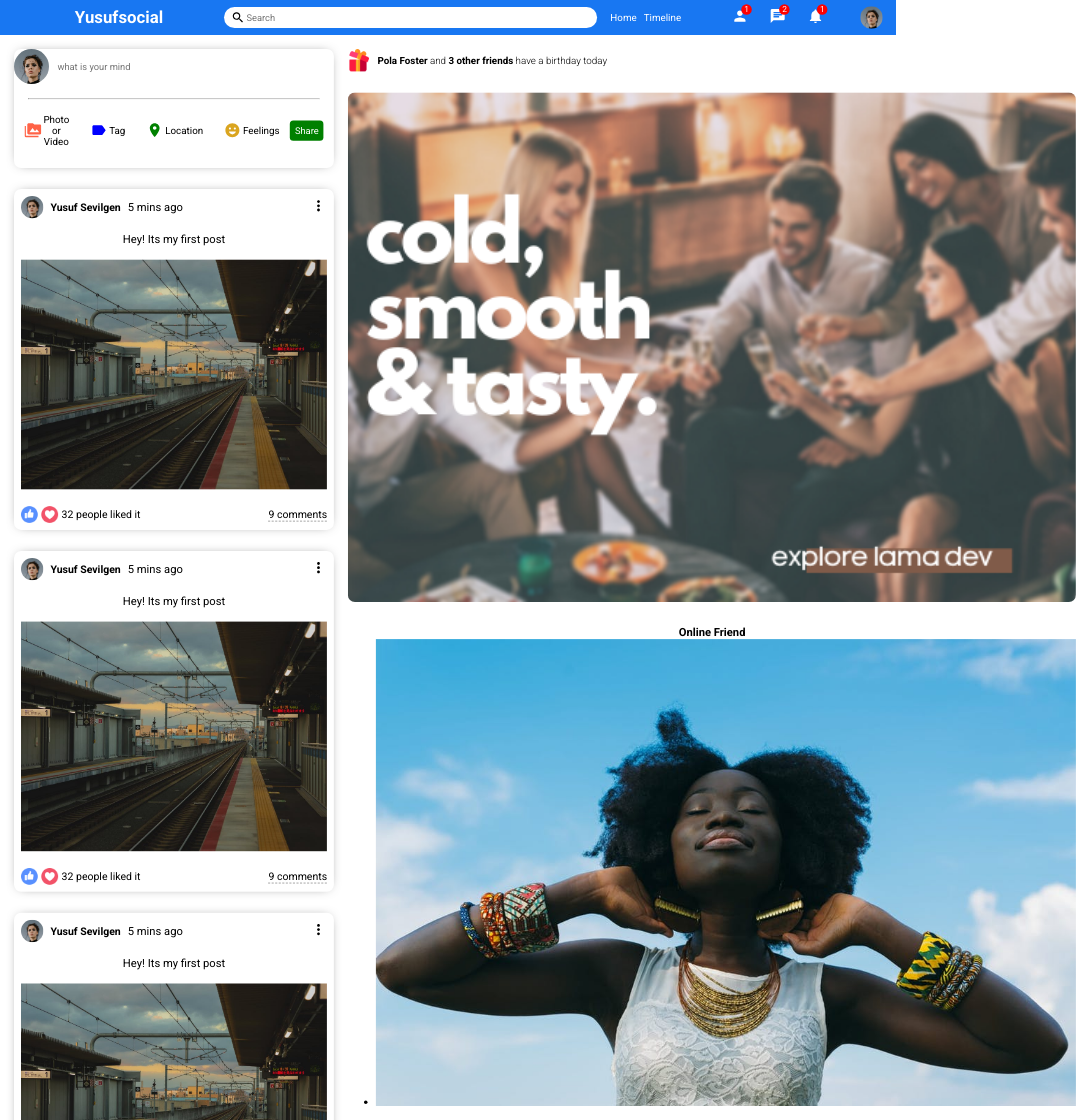
Repository: sevilgenysf/socialmediaapp
Page: /
An editor plug-in stored every save of this project. The page is shown before and after the next save, followed by the edit.
The browser window is 1280 px wide. The page is 1557 px wide, then 1517 px, so the pictures cover 1557 px, including what lies to the right of the window. The pictures show the part of the page from y = 0 to 1600 px (the page is 2875 px tall), at 70% of full size.
The project was rebuilt for these pictures with package versions that can differ from the ones it lists, and the page was loaded fresh each time.

Above is the page before, as saved 2022-02-17 11:41:50.

### public/index.html
<!DOCTYPE html>
<html lang="en">

<head>
	<meta charset="utf-8" />
	<meta name="viewport" content="width=device-width, initial-scale=1" />
	<meta name="description" content="Web site created using create-react-app" />
	<link href="https://fonts.googleapis.com/css2?family=Roboto:ital,wght@0,300;0,400;0,700;1,500&display=swap"
		rel="stylesheet">
	<link rel="stylesheet" href="style.css">
	<title>Social App</title>
</head>

<body>
	<noscript>You need to enable JavaScript to run this app.</noscript>
	<div id="root"></div>
</body>

</html>

### src/App.js
import React from 'react';
import Home from './pages/home/Home';
import './App.css';

function App() {
	return (
		<div className="App">
			<Home />
		</div>
	);
}

export default App;

### src/pages/home/Home.jsx
import React from 'react';
import Topbar from '../../components/topbar/Topbar';
import Sidebar from '../../components/sidebar/Sidebar';
import Feed from '../../components/feed/Feed';
import Rightbar from '../../components/rightbar/Rightbar';
import './home.css';

const Home = () => {
	return (
		<>
			<Topbar />
			<div className="homeContainer">
				<Sidebar />
				<Feed />
				<Rightbar />
			</div>
		</>
	);
};

export default Home;

### src/components/topbar/Topbar.jsx
import React from 'react';
import './topbar.css';
import { Search, Person, Chat, Notifications } from '@mui/icons-material';

const Topbar = () => {
	return (
		<div className="topbarContainer">
			<div className="topbarLeft">
				<span className="logo">Yusufsocial</span>
			</div>
			<div className="topbarCenter">
				<div className="searchbar">
					<Search className="searchIcon" />
					<input type="text" placeholder="Search" className="searchInput" />
				</div>
			</div>
			<div className="topbarRight">
				<div className="topbarLink">
					<span className="topbarLink">Home</span>
					<span className="topbarLink">Timeline</span>
				</div>
				<div className="topbarIcons">
					<div className="topbarIconItem">
						<Person />
						<span className="topbarIconBadge">1</span>
					</div>
					<div className="topbarIconItem">
						<Chat />
						<span className="topbarIconBadge">2</span>
					</div>
					<div className="topbarIconItem">
						<Notifications />
						<span className="topbarIconBadge">1</span>
					</div>
				</div>
				<img src="/assets/person/1.jpeg" alt="" className="topbarImg" />
			</div>
		</div>
	);
};

export default Topbar;

### src/components/sidebar/Sidebar.jsx
import React from 'react';
import './sidebar.css';
import {
	RssFeed,
	Chat,
	PlayCircleFilledOutlined,
	Group,
	Bookmark,
	HelpOutline,
	WorkOutline,
	Event,
	School
} from '@mui/icons-material';

const Sidebar = () => {
	return (
		<div className="sidebar">
			<div className="sidebarWrapper">
				<ul className="sidebarList">
					<li className="sidebarListItem">
						<RssFeed className="sidebarIcon" />
						<span className="sidebarListItemText">Feed</span>
					</li>
					<li className="sidebarListItem">
						<Chat className="sidebarIcon" />
						<span className="sidebarListItemText">Chats</span>
					</li>
					<li className="sidebarListItem">
						<PlayCircleFilledOutlined className="sidebarIcon" />
						<span className="sidebarListItemText">Videos</span>
					</li>
					<li className="sidebarListItem">
						<Group className="sidebarIcon" />
						<span className="sidebarListItemText">Groups</span>
					</li>
					<li className="sidebarListItem">
						<Bookmark className="sidebarIcon" />
						<span className="sidebarListItemText">Bookmarks</span>
					</li>
					<li className="sidebarListItem">
						<HelpOutline className="sidebarIcon" />
						<span className="sidebarListItemText">Questions</span>
					</li>
					<li className="sidebarListItem">
						<WorkOutline className="sidebarIcon" />
						<span className="sidebarListItemText">Jobs</span>
					</li>
					<li className="sidebarListItem">
						<Event className="sidebarIcon" />
						<span className="sidebarListItemText">Events</span>
					</li>
					<li className="sidebarListItem">
						<School className="sidebarIcon" />
						<span className="sidebarListItemText">Courses</span>
					</li>
				</ul>
				<button className="sidebarButton">Show More</button>
				<hr className="sidebarHr" />
				<ul className="sidebarFriendList">
					<li className="sidebarFriend">
						<img
							className="sidebarFriendImg"
							src="/assets/person/2.jpeg"
							alt=""
						/>
						<span className="sideBarFriendName">Jane Doe</span>
					</li>
					<li className="sidebarFriend">
						<img
							className="sidebarFriendImg"
							src="/assets/person/2.jpeg"
							alt=""
						/>
						<span className="sideBarFriendName">Jane Doe</span>
					</li>
					<li className="sidebarFriend">
						<img
							className="sidebarFriendImg"
							src="/assets/person/2.jpeg"
							alt=""
						/>
						<span className="sideBarFriendName">Jane Doe</span>
					</li>
					<li className="sidebarFriend">
						<img
							className="sidebarFriendImg"
							src="/assets/person/2.jpeg"
							alt=""
						/>
						<span className="sideBarFriendName">Jane Doe</span>
					</li>
					<li className="sidebarFriend">
						<img
							className="sidebarFriendImg"
							src="/assets/person/2.jpeg"
							alt=""
						/>
						<span className="sideBarFriendName">Jane Doe</span>
					</li>
					<li className="sidebarFriend">
						<img
							className="sidebarFriendImg"
							src="/assets/person/2.jpeg"
							alt=""
						/>
						<span className="sideBarFriendName">Jane Doe</span>
					</li>
					<li className="sidebarFriend">
						<img
							className="sidebarFriendImg"
							src="/assets/person/2.jpeg"
							alt=""
						/>
						<span className="sideBarFriendName">Jane Doe</span>
					</li>
					<li className="sidebarFriend">
						<img
							className="sidebarFriendImg"
							src="/assets/person/2.jpeg"
							alt=""
						/>
						<span className="sideBarFriendName">Jane Doe</span>
					</li>
					<li className="sidebarFriend">
						<img
							className="sidebarFriendImg"
							src="/assets/person/2.jpeg"
							alt=""
						/>
						<span className="sideBarFriendName">Jane Doe</span>
					</li>
					<li className="sidebarFriend">
						<img
							className="sidebarFriendImg"
							src="/assets/person/2.jpeg"
							alt=""
						/>
						<span className="sideBarFriendName">Jane Doe</span>
					</li>
					<li className="sidebarFriend">
						<img
							className="sidebarFriendImg"
							src="/assets/person/2.jpeg"
							alt=""
						/>
						<span className="sideBarFriendName">Jane Doe</span>
					</li>
				</ul>
			</div>
		</div>
	);
};

export default Sidebar;

### src/components/feed/Feed.jsx
import React from 'react';
import './feed.css';
import Share from '../../components/share/Share';
import Post from '../../components/post/Post';

const Feed = () => {
	return (
		<div className="feed">
			<div className="feedWrapper">
				<Share />
				<Post />
				<Post />
				<Post />
				<Post />
				<Post />
			</div>
		</div>
	);
};

export default Feed;

### src/components/rightbar/Rightbar.jsx
import React from 'react';
import './rightbar.css';

const Rightbar = () => {
	return (
		<div className="rightbar">
			<div className="rightbarWrapper">
				<div className="birthdayContainer">
					<img className="birthdayImg" src="assets/gift.png" alt="" />
					<span className="birthdayText">
						<b>Pola Foster</b> and <b>3 other friends</b> have a birthday today
					</span>
				</div>
				<img className="rightbarAd" src="assets/ad.png" alt="" />
				<h4 className="rightbarTitle">Online Friend</h4>
				<ul className="rightbarFriendList">
					<li className="rightbarFriend">
						<div className="rightbarProfileImgContainer">
							<img
								className="rightbarProfileImg"
								src="assets/person/3.jpeg"
								alt=""
							/>
							<span className="rightbarOnline"></span>
						</div>
					</li>
				</ul>
			</div>
		</div>
	);
};

export default Rightbar;

### src/pages/home/home.css
.homeContainer {
	display: flex;
	width: 100%;
}

### src/components/topbar/topbar.css
.topbarContainer {
	height: 50px;
	width: 100%;
	background-color: #1877f2;
	display: flex;
	align-items: center;
	position: sticky;
	top: 0;
}

.topbarLeft {
	flex: 3;
}

.logo {
	font-size: 24px;
	margin-left: 20px;
	font-weight: bold;
	color: #fff;
	cursor: pointer;
}

.topbarCenter {
	flex: 5;
}

.searchbar {
	width: 100%;
	height: 30px;
	background-color: #fff;
	border-radius: 30px;
	display: flex;
	align-items: center;
}

.searchIcon {
	font-size: 20px !important;
	margin-left: 10px;
}


.searchInput {
	border: none;
	width: 70%;
}

.searchInput:focus {
	outline: none;
}

.topbarRight {
	display: flex;
	align-items: center;
	justify-content: space-around;
	flex: 4;
	color: #fff;
}

.topbarLink {
	margin-right: 10px;
	font-size: 14px;
	cursor: pointer;
}

.topbarIcons {
	display: flex;
}

.topbarIconItem {
	margin: 15px;
	cursor: pointer;
	position: relative;
}

.topbarIconBadge {
	width: 15px;
	height: 15px;
	background-color: red;
	border-radius: 50%;
	color: #fff;
	position: absolute;
	top: -5px;
	right: -5px;
	align-items: center;
	justify-content: center;
	font-size: 12px;
}

.topbarImg {
	width: 32px;
	height: 32px;
	border-radius: 50%;
	object-fit: cover;
	cursor: pointer;
}

### src/components/sidebar/sidebar.css
.sidebar {
	flex: 3;
	height: calc(100vh - 50px);
	overflow-y: scroll;
}

::-webkit-scrollbar {
	width: 5px;
}

::-webkit-scrollbar-track {
	background: #f1f1f1;
}

::-webkit-scrollbar-thumb {
	background-color: rgb(167, 160, 160);
}

.sidebarWrapper {
	padding: 20px;
}

.sidebarList {
	padding: 0;
	margin: 0;
	list-style: none;
}

.sidebarListItem {
	display: flex;
	align-items: center;
	margin-bottom: 20px;
}

.sidebarIcon {
	margin-right: 15px;
}

.sidebarButton {
	width: 150px;
	border: none;
	padding: 10px;
	border-radius: 5px;
	font-weight: 500;
}

.sidebarHr {
	margin: 20px 0;
	border-top: 1px solid #ccc;
}

.sidebarFriendList {
	padding: 0;
	margin: 0;
	list-style: none;
}

.sidebarFriend {
	display: flex;
	align-items: center;
	margin-bottom: 15px;
}

.sidebarFriendImg {
	width: 40px;
	height: 40px;
	border-radius: 50%;
	object-fit: cover;
	margin-right: 10px;
}

### src/components/feed/feed.css
.feed {
	flex: 5.5;
}

.feedWrapper {
	padding: 20px;
}

### src/components/share/Share.jsx
import React from 'react';
import './share.css';
import { PermMedia, Label, Room, EmojiEmotions } from '@mui/icons-material';

const Share = () => {
	return (
		<div className="share">
			<div className="containerWrapper">
				<div className="shareTop">
					<img className="shareProfileImg" src="/assets/person/1.jpeg" alt="" />
					<input
						className="shareInput"
						type="text"
						placeholder="what is your mind"
					/>
				</div>
				<hr className="shareHr" />
				<div className="shareBottom">
					<div className="shareOptions">
						<div className="shareOption">
							<PermMedia htmlColor="tomato" className="shareIcon" />
							<span className="shareOptionText">Photo or Video</span>
						</div>
					</div>
					<div className="shareOptions">
						<div className="shareOption">
							<Label htmlColor="blue" className="shareIcon" />
							<span className="shareOptionText">Tag</span>
						</div>
					</div>
					<div className="shareOptions">
						<div className="shareOption">
							<Room htmlColor="green" className="shareIcon" />
							<span className="shareOptionText">Location</span>
						</div>
					</div>
					<div className="shareOptions">
						<div className="shareOption">
							<EmojiEmotions htmlColor="goldenrod" className="shareIcon" />
							<span className="shareOptionText">Feelings</span>
						</div>
					</div>
					<button className="shareButton">Share</button>
				</div>
			</div>
		</div>
	);
};

export default Share;

### src/components/post/Post.jsx
import React from 'react';
import './post.css';
import { MoreVert } from '@mui/icons-material';

const Post = () => {
	return (
		<div className="post">
			<div className="postWrapper">
				<div className="postTop">
					<div className="postTopLeft">
						<img
							className="postProfileImg"
							src="/assets/person/1.jpeg"
							alt=""
						/>
						<span className="postUserName">Yusuf Sevilgen</span>
						<span className="postData">5 mins ago</span>
					</div>
					<div className="postTopRight">
						<MoreVert />
					</div>
				</div>
				<div className="postCenter">
					<span className="postText">Hey! Its my first post</span>
					<img className="postImg" src="assets/post/1.jpeg" alt="" />
				</div>
				<div className="postBottom">
					<div className="postBottomLeft">
						<img className="likeIcon" src="assets/like.png" alt="" />
						<img className="likeIcon" src="assets/heart.png" alt="" />
						<span className="postLikeCounter">32 people liked it</span>
					</div>
					<div className="postBottomRight">
						<span className="postCommentText">9 comments</span>
					</div>
				</div>
			</div>
		</div>
	);
};

export default Post;

### src/components/rightbar/rightbar.css
.rightbar {
	flex: 3.5;
}

.rightbarWrapper {
	padding: 20px 20px 0 0;
}

.birthdayContainer {
	display: flex;
	align-items: center;
}

.birthdayImg {
	width: 32px;
	height: 32px;
	margin-right: 10px;
}

.birthdayText {
	font-weight: 300;
	font-size: 14px;
}

.rightbarAd {
	width: 100%;
	border-radius: 10px;
	margin: 30px 0;
}

### src/components/share/share.css
.share {
	width: 100%;
	height: 170px;
	border-radius: 10px;
	-webkit-box-shadow: 0px 0px 16px -8px rgba(0,0,0,0.75);
	box-shadow: 0px 0px 16px -8px rgba(0,0,0,0.68);
}

.shareWrapper {
	padding: 10px;
}

.shareTop {
	display: flex;
	align-items: center;
}

.shareProfileImg {
	width: 50px;
	height: 50px;
	border-radius: 50%;
	object-fit: cover;
	margin-right: 10px;
}

.shareInput {
	border: none;
	width: 80%;
}

.shareInput:focus {
	outline: none;
}

.shareHr {
	margin: 20px;
}

.shareBottom {
	display: flex;
	align-items: center;
	justify-content: space-between;
}

.shareOptions {
	display: flex;
	margin-left: 15px;
}

.shareOption {
	display: flex;
	align-items: center;
	margin-right: 15px;
	cursor: pointer;
}

.shareIcon {
	font-size: 18px;
	margin-right: 3px;
}

.shareOptionText {
	font-size: 14px;
}

.shareButton {
	border: none;
	padding: 7px;
	border-radius: 5px;
	background-color: green;
	font-weight: 500;
	margin-right: 15px;
	color: #fff;
}

### src/components/post/post.css
.post {
	width: 100%;
	border-radius: 10px;
	-webkit-box-shadow: 0px 0px 16px -8px rgba(0,0,0,0.75);
	box-shadow: 0px 0px 16px -8px rgba(0,0,0,0.68);
	margin: 30px 0px;
}

.postWrapper {
	padding: 10px;
}

.postTop {
	display: flex;
	align-items: center;
	justify-content: space-between;
}

.postTopLeft {
	display: flex;
	align-items: center;
}

.postProfileImg {
	width: 32px;
	height: 32px;
	border-radius: 50%;
	object-fit: cover;
}

.postUserName {
	font-size: 15px;
	font-weight: 600;
	margin: 0 10px;
}

.postDate {
	font-size: 12px;
	color: #8e8e8e;
}

.postCenter {
	margin: 20px 0;

}

.postImg {
	margin-top: 20px;
	width: 100%;
	max-height: 500px;
	object-fit: contain;
}

.postBottom {
	display: flex;
	align-items: center;
	justify-content: space-between;
}

.postBottomLeft {
	display: flex;
	align-items: center;
}

.likeIcon {
	width: 24px;
	height: 24px;
	margin-right: 5px;
	cursor: pointer;
}

.postLikeCounter {
	font-size: 15px;
}

.postCommentText {
	cursor: pointer;
	border-bottom: 1px dashed gray;
	font-size: 15px;
}

### public/style.css
* {
	margin: 0;
	font-family: 'Roboto', sans-serif ;
}

Loaded but not shown: src/index.js (common file); src/index.css (common file); src/App.css (common file)

After the next save:
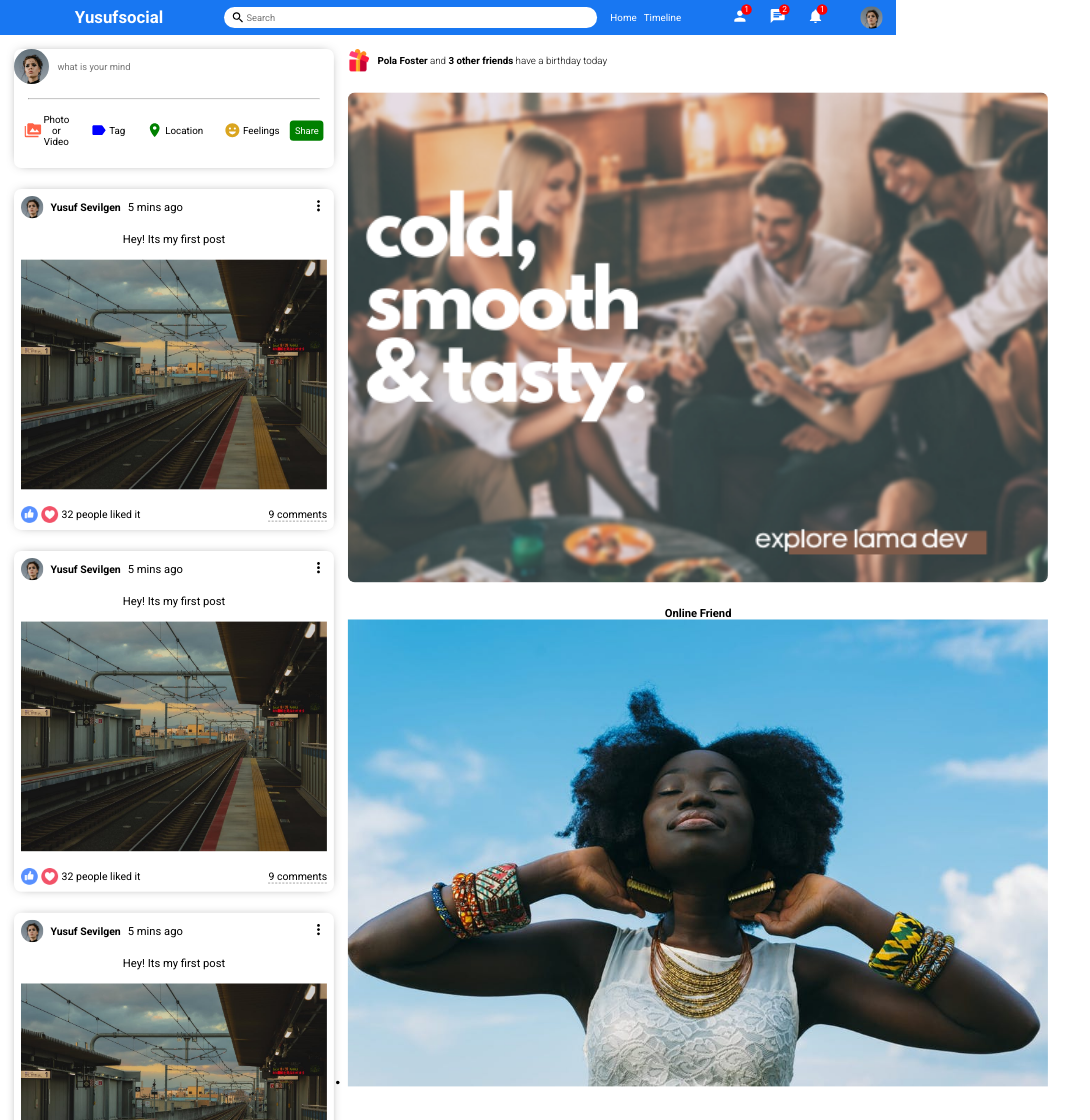
Saved 25 s later.
--- a/src/components/rightbar/rightbar.css
+++ b/src/components/rightbar/rightbar.css
@@ -27,3 +27,7 @@
 	border-radius: 10px;
 	margin: 30px 0;
 }
+
+.rightbarFriendList {
+	padding: 0;
+}
